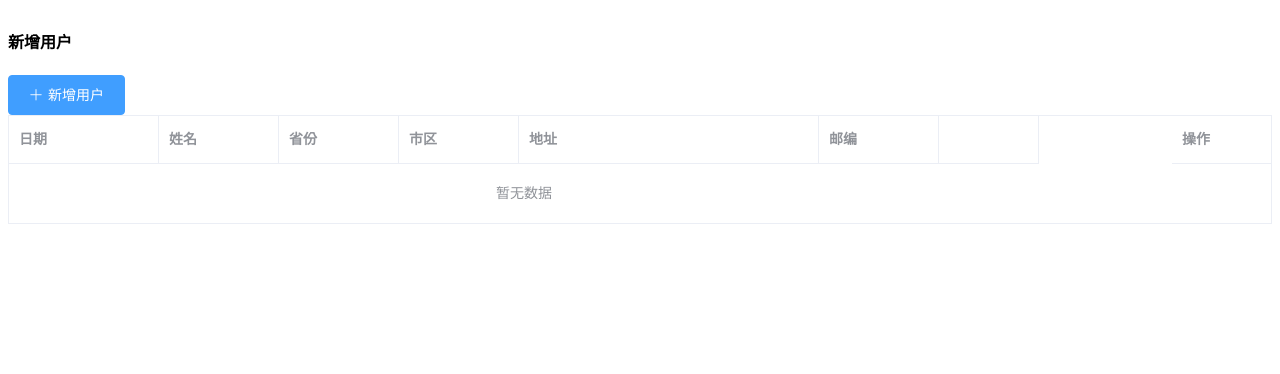
Repository: xinwuhao/New-user
Page: /
An editor plug-in stored every save of this project. The page is shown before and after the next save, followed by the edit.
The browser window is 1280 px wide. The pictures show the whole page.
The project was rebuilt for these pictures with package versions that can differ from the ones it lists, and the page was loaded fresh each time.

Above is the page before, as saved 2021-12-21 15:49:37.

### src/main.js
import Vue from 'vue'
import App from './App.vue'
import router from './router'
import store from './store'
import ElementUI from 'element-ui';
import 'element-ui/lib/theme-chalk/index.css';

Vue.use(ElementUI);
Vue.config.productionTip = false

new Vue({
  router,
  store,
  el: '#app',
  render: h => h(App)
}).$mount('#app')

### src/views/Home.vue
<template>
  <div class="container">
    <div class="content">
      <h4>新增用户</h4>
      <div>
        <el-button
          type="primary"
          icon="el-icon-plus"
          @click="dialogVisible = true"
          >新增用户</el-button
        >
        <el-dialog title="提示" :visible.sync="dialogVisible" width="30%">
          <el-form
            :model="ruleForm"
            :rules="rules"
            ref="ruleForm"
            label-width="100px"
            class="demo-ruleForm"
          >
            <el-form-item label="名称" prop="name">
              <el-input v-model="ruleForm.name"></el-input>
            </el-form-item>
            <el-form-item label="性别" prop="sex">
              <el-radio-group
                v-model="ruleForm.sex"
                v-for="(item, index) in sex"
                :key="index"
              >
                <el-radio :label="item" style="margin-right: 10px"></el-radio>
              </el-radio-group>
            </el-form-item>
            <el-form-item label="手机号码" prop="contact">
              <el-input v-model="ruleForm.contact"></el-input>
            </el-form-item>
            <el-form-item label="邮箱" prop="mailbox">
              <el-input v-model="ruleForm.mailbox"></el-input>
            </el-form-item>
            <el-form-item>
              <el-button type="primary" @click="submitForm('ruleForm')"
                >立即新增</el-button
              >
              <el-button @click="resetForm('ruleForm')">取消</el-button>
            </el-form-item>
          </el-form>
        </el-dialog>
      </div>
      <!-- 用户列表 -->
      <div>
        <el-table :data="tableData" border style="width: 100%">
          <el-table-column fixed prop="date" label="日期" width="150">
          </el-table-column>
          <el-table-column prop="name" label="姓名" width="120">
          </el-table-column>
          <el-table-column prop="province" label="省份" width="120">
          </el-table-column>
          <el-table-column prop="city" label="市区" width="120">
          </el-table-column>
          <el-table-column prop="address" label="地址" width="300">
          </el-table-column>
          <el-table-column prop="zip" label="邮编" width="120">
          </el-table-column>
          <el-table-column fixed="right" label="操作" width="100">
            <template slot-scope="scope">
              <el-button
                @click="handleClick(scope.row)"
                type="text"
                size="small"
                >查看</el-button
              >
              <el-button type="text" size="small">编辑</el-button>
            </template>
          </el-table-column>
        </el-table>
      </div>
    </div>
  </div>
</template>

<script>
//引入子组件

export default {
  name: "",
  props: {},
  data() {
    return {
      dialogVisible: false,
      list: [
        {
          name: "张三",
          sex: "男",
          contact: "18581784400",
          mailbox: "12345@qq.com",
        },
        {
          name: "李四",
          sex: "女",
          contact: "18581784401",
          mailbox: "12346@qq.com",
        },
        {
          name: "赵五",
          sex: "隐藏",
          contact: "18581784402",
          mailbox: "12347@qq.com",
        },
      ],
      sex: ["隐藏", "男", "女"],
      ruleForm: {
        name: "",
        sex: "",
        contact: "",
        mailbox: "",
      },
      rules: {
        name: [
          { required: true, message: "请输入用户名称", trigger: "blur" },
          { min: 1, max: 5, message: "长度在 1 到 5 个字符", trigger: "blur" },
        ],
        contact: [
          { required: true, message: "请输入手机号码", trigger: "blur" },
          { min: 11, max: 11, message: "输入的手机号码有误", trigger: "blur" },
          {
            pattern:
              /^(?:(?:\+|00)86)?1(?:(?:3[\d])|(?:4[5-79])|(?:5[0-35-9])|(?:6[5-7])|(?:7[0-8])|(?:8[\d])|(?:9[189]))\d{8}$/,
            message: "输入的手机号码有误",
            trigger: "blur",
          },
        ],
        mailbox: [
          { required: true, message: "请输入邮箱", trigger: "blur" },
          {
            pattern:
              /^(([^<>()[\]\\.,;:\s@"]+(\.[^<>()[\]\\.,;:\s@"]+)*)|(".+"))@((\[[0-9]{1,3}\.[0-9]{1,3}\.[0-9]{1,3}\.[0-9]{1,3}\])|(([a-zA-Z\-0-9]+\.)+[a-zA-Z]{2,}))$/,
            message: "输入的邮箱有误",
            trigger: "blur",
          },
        ],
        sex: [{ required: true, message: "性别", trigger: "change" }],
      },
    };
  },
  components: {},
  methods: {
    submitForm(formName) {
      this.$refs[formName].validate((valid) => {
        if (valid) {
          this.$message.success("新增成功");
          this.dialogVisible = false;
          this.list.unshift(this.ruleForm);
          console.log(this.list);
        } else {
          this.$message.error("您还有信息没有填写或者填写的信息有误");
          return false;
        }
      });
    },
    resetForm(formName) {
      this.$refs[formName].resetFields();
      this.dialogVisible = false;
    },
  },
  mounted() {},
  computed: {},
  watch: {},
};
</script>

<style lang='scss' scoped>
.container {
  display: flex;
  justify-content: center;
}
.content {
  width: 1450px;
  /* 注意适配的宽度必须大于最小适配宽度 */
}
.flex {
  display: flex;
}
</style>

Loaded but not shown: public/index.html (common file); src/App.vue (common file); src/router/index.js (common file); src/store/index.js (common file)

After the next save:
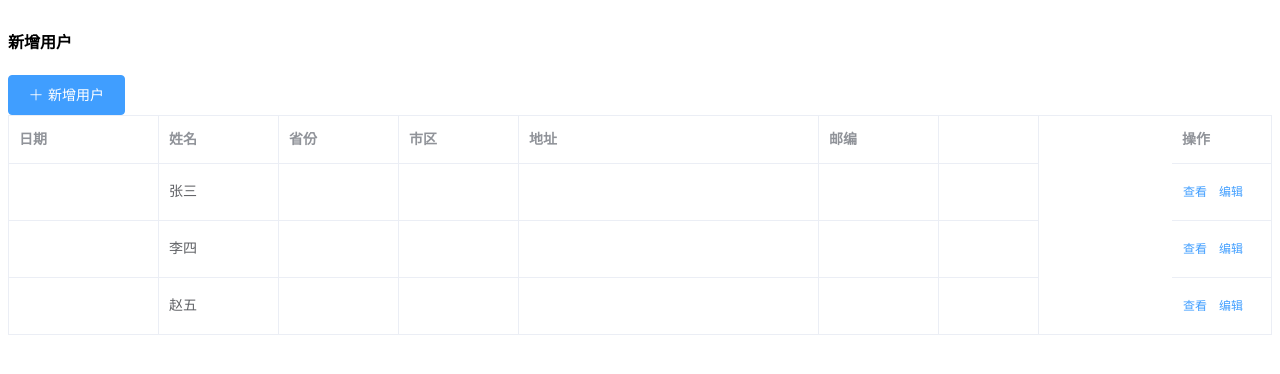
Saved 22 s later.
--- a/src/views/Home.vue
+++ b/src/views/Home.vue
@@ -46,7 +46,7 @@
       </div>
       <!-- 用户列表 -->
       <div>
-        <el-table :data="tableData" border style="width: 100%">
+        <el-table :data="list" border style="width: 100%">
           <el-table-column fixed prop="date" label="日期" width="150">
           </el-table-column>
           <el-table-column prop="name" label="姓名" width="120">
